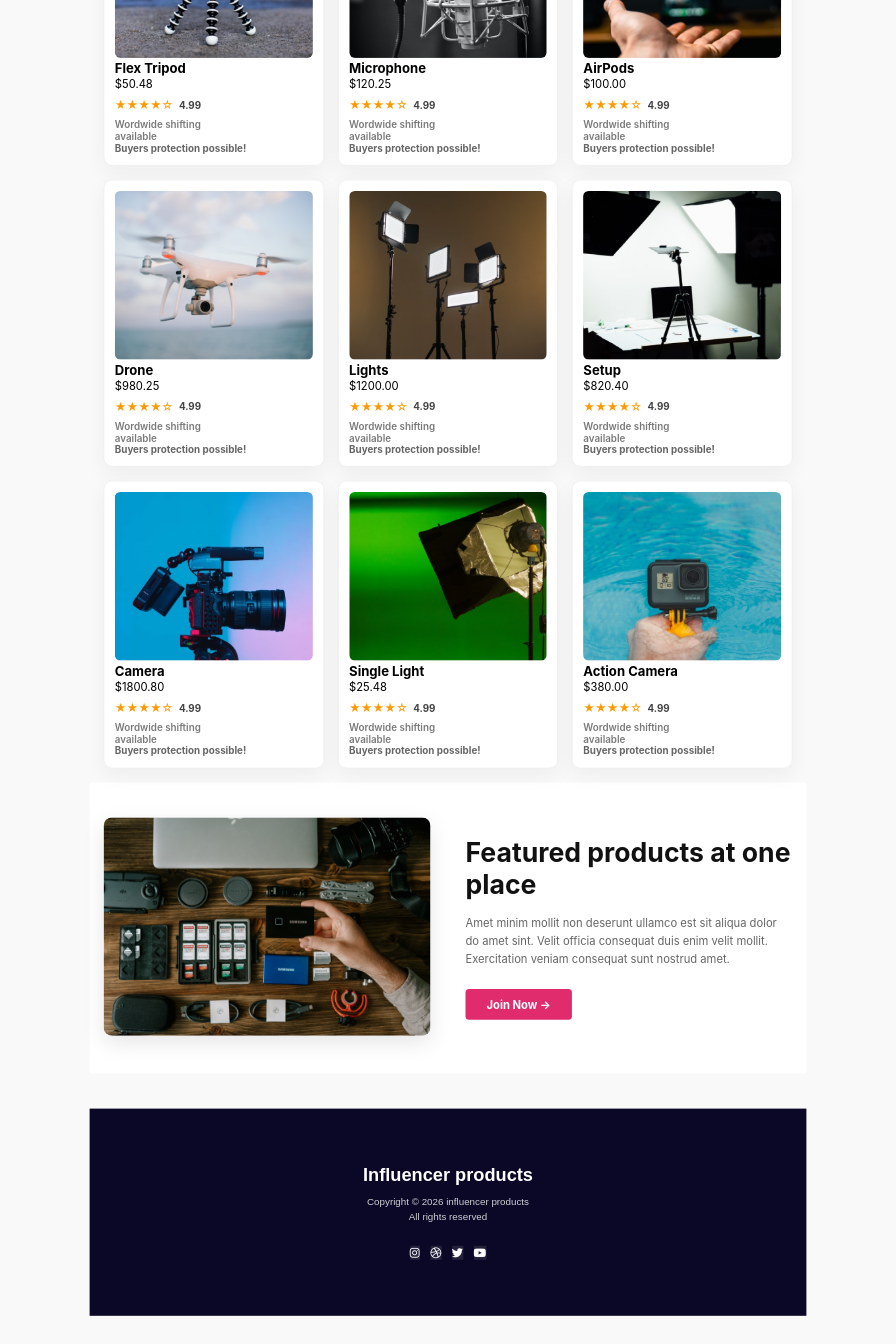
Repository: Saiful21Islam/Influencer-products
Page: it.html
An editor plug-in stored every save of this project. The page is shown before and after the next save, followed by the edit.
The browser window is 1280 px wide. The pictures show the part of the page from y = 1194 to 3114 px (the page is 3114 px tall before and 2851 px after), at 70% of full size.

Above is the page before, as saved 2026-03-11 12:16:02.

### it.html
<!DOCTYPE html>
<html lang="en">

<head>
    <meta charset="UTF-8">
    <meta name="viewport" content="width=device-width, initial-scale=1.0">
    <title>Influencer Products</title>
    <link rel="stylesheet" href="style.css">
    <link rel="stylesheet" href="https://cdnjs.cloudflare.com/ajax/libs/font-awesome/6.0.0/css/all.min.css">
</head>
<style>
    * {
        margin: 0;
        padding: 0;
        box-sizing: border-box;
        font-family: 'Inter', sans-serif;
    }

    body {
        background-color: #f9f9f9;
        padding: 40px 10%;
    }

    .product-grid {
        display: grid;
        grid-template-columns: repeat(3, 1fr);
        gap: 30px;
    }

    .product-card {
        background: #fff;
        padding: 15px;
        border-radius: 12px;
        text-align: left;
        box-shadow: 0 10px 30px rgba(0, 0, 0, 0.05);
        transition: 0.3s;
    }

    .product-card:hover {
        transform: translateY(-5px);
    }

    .thumbnail {
        width: 100%;
        height: auto;
        border-radius: 8px;
        overflow: hidden;
        margin-bottom: 15px;
    }

    .thumbnail img {
        width: 100%;
        height: 100%;
        object-fit: cover;
    }

    .card-content h3 {
        font-size: 22px;
        color: #3A3A3A;
        margin-bottom: 5px;
    }

    .price {
        font-size: 20px;
        font-weight: 500;
        margin-bottom: 10px;
    }

    .rating {
        display: flex;
        align-items: center;
        gap: 5px;
        margin-bottom: 10px;
    }

    .rating i {
        color: #FF9800;
        font-size: 14px;
    }

    .rating-number {
        color: #787885;
        font-size: 14px;
    }

    .desc {
        color: #787885;
        font-size: 14px;
        line-height: 1.5;
    }

    @media (max-width: 768px) {
        .product-grid {

            grid-template-columns: repeat(1, 1fr);
        }
    }
</style>

<body>

    <nav class="navbar">
        <a href="#" class="logo">Influencer products</a>
        <ul class="nav-links">
            <li><a href="#">Home</a></li>
            <li><a href="#">Products</a></li>
            <li><a href="#">Sign up</a></li>
            <li><a href="#">Log In</a></li>
            <div class="nav-icons">
                <i class="fa-solid fa-magnifying-glass"></i>
                <div class="cart-icon"><i class="fa-solid fa-cart-shopping"></i><span class="cart-dot"></span></div>
            </div>
        </ul>
    </nav>

    <header class="hero">
        <div class="hero-content">
            <h1>Start your Journey as Influencer</h1>
            <p>Lorem ipsum dolor sit amet, consectetur adipiscing elit. Sem vestibulum sed scelerisque eros. Lectus
                faucibus.</p>
            <a href="#" class="btn-pink">Preebook now <i class="fa-solid fa-arrow-right"></i></a>
        </div>
        <div class="hero-image-container">
            <img src="images/Circle design.svg" alt="Circle Background" class="circle-image">

            <img src="images/main-camera.png" alt="Fujifilm Camera" class="camera-image">
        </div>
        </div>
        </div>
    </header>

    <section class="brand-section">
        <div class="logos-container">
            <img src="logos/Alibaba.svg" alt="Brands">
            <img src="logos/amazon.svg" alt="Brands">
            <img src="logos/Daraz.pk Logo.svg" alt="Brands">
            <img src="logos/ebay.svg" alt="Brands">
            <img src="logos/Rakuten.svg" alt="Brands">
            <img src="logos/Target.svg" alt="Brands">
            <img src="logos/Walmart.svg" alt="Brands">
        </div>
    </section>

    <section class="collection-section">
        <h2 class="title">Popular Collection</h2>
        <div class="product-container">
            <div class="product-card">
                <img src="images/tripod.png" alt="Tripod">
                <h3>Flex Tripod</h3>
                <p>$50.48</p>
                <div class="stars">
                    ★★★★☆ <span class="rating-num">4.99</span>
                </div>

                <p class="details">Wordwide shifting</p>
                <p class="details">available</p>
                <p class="details">Buyers protection possible!</p>
            </div>

            <div class="product-card">
                <img src="images/mic.png" alt="Microphone">
                <h3>Microphone</h3>
                <p>$120.25</p>
                <div class="stars">
                    ★★★★☆ <span class="rating-num">4.99</span>
                </div>

                <p class="details">Wordwide shifting</p>
                <p class="details">available</p>
                <p class="details">Buyers protection possible!</p>
            </div>

            <div class="product-card">
                <img src="images/airpod.png" alt="airpod">
                <h3>AirPods</h3>
                <p>$100.00</p>
                <div class="stars">
                    ★★★★☆ <span class="rating-num">4.99</span>
                </div>

                <p class="details">Wordwide shifting</p>
                <p class="details">available</p>
                <p class="details">Buyers protection possible!</p>
            </div>

            <div class="product-card">
                <img src="images/drone.png" alt="drone">
                <h3>Drone</h3>
                <p>$980.25</p>
                <div class="stars">
                    ★★★★☆ <span class="rating-num">4.99</span>
                </div>

                <p class="details">Wordwide shifting</p>
                <p class="details">available</p>
                <p class="details">Buyers protection possible!</p>
            </div>

            <div class="product-card">
                <img src="images/lights.png" alt="Lights">
                <h3>Lights</h3>
                <p>$1200.00</p>
                <div class="stars">
                    ★★★★☆ <span class="rating-num">4.99</span>
                </div>

                <p class="details">Wordwide shifting</p>
                <p class="details">available</p>
                <p class="details">Buyers protection possible!</p>
            </div>

            <div class="product-card">
                <img src="images/setup.png" alt="Setup">
                <h3>Setup</h3>
                <p>$820.40</p>
                <div class="stars">
                    ★★★★☆ <span class="rating-num">4.99</span>
                </div>

                <p class="details">Wordwide shifting</p>
                <p class="details">available</p>
                <p class="details">Buyers protection possible!</p>
            </div>

            <div class="product-card">
                <img src="images/camera.png" alt="Camera">
                <h3>Camera</h3>
                <p>$1800.80</p>
                <div class="stars">
                    ★★★★☆ <span class="rating-num">4.99</span>
                </div>

                <p class="details">Wordwide shifting</p>
                <p class="details">available</p>
                <p class="details">Buyers protection possible!</p>
            </div>

            <div class="product-card">
                <img src="images/single-light.png" alt="Single Light">
                <h3>Single Light</h3>
                <p>$25.48</p>
                <div class="stars">
                    ★★★★☆ <span class="rating-num">4.99</span>
                </div>

                <p class="details">Wordwide shifting</p>
                <p class="details">available</p>
                <p class="details">Buyers protection possible!</p>
            </div>

            <div class="product-card">
                <img src="images/action.png" alt="Action Camera">
                <h3>Action Camera</h3>
                <p>$380.00</p>
                <div class="stars">
                    ★★★★☆ <span class="rating-num">4.99</span>
                </div>

                <p class="details">Wordwide shifting</p>
                <p class="details">available</p>
                <p class="details">Buyers protection possible!</p>
            </div>

        </div>
    </section>
    </section>
    <section class="featured-section">
        <div class="featured-container">
            <div class="featured-image">
                <img src="images/gear.png" alt="Featured Gear">
            </div>

            <div class="featured-content">
                <h2>Featured products at one place</h2>
                <p>Amet minim mollit non deserunt ullamco est sit aliqua dolor do amet sint. Velit officia consequat
                    duis enim velit mollit. Exercitation veniam consequat sunt nostrud amet.</p>
                <a href="#" class="join-btn">Join Now &rarr;</a>
            </div>
        </div>
    </section>

    <footer class="simple-footer">
    <div class="footer-inner">
        <h3>Influencer products</h3>
        <p>Copyright © 2026 influencer products <br> All rights reserved</p>

        <div class="footer-icons">
            <a href="#"><i class="fa-brands fa-instagram"></i></a>
            <a href="#"><i class="fa-brands fa-dribbble"></i></a>
            <a href="#"><i class="fa-brands fa-twitter"></i></a>
            <a href="#"><i class="fa-brands fa-youtube"></i></a>
        </div>
    </div>
</footer>

<style>
    /* ১. ফুটারের ব্যাকগ্রাউন্ড - যা স্ক্রিনের শেষ পর্যন্ত ছড়িয়ে থাকবে */
    .simple-footer {
        background-color: #0A0826 !important; /* ছবির হুবহু ডার্ক কালার */
        color: white !important;
        text-align: center !important;
        padding: 80px 0 !important; /* ওপরে নিচে ছবির মতো গ্যাপ */
        width: 100% !important;
        display: block !important;
        margin-top: 50px;
    }

    .footer-inner h3 {
        font-family: sans-serif;
        font-size: 26px;
        font-weight: bold;
        margin: 0 0 10px 0;
    }

    .footer-inner p {
        font-family: sans-serif;
        font-size: 14px;
        opacity: 0.8;
        line-height: 1.6;
        margin: 0 0 30px 0;
    }

    /* ২. সোশ্যাল আইকন - ছবির মতো হালকা গোল ঘর */
    .footer-icons {
        display: flex;
        justify-content: center;
        gap: 15px;
    }

    .footer-icons a {
        color: white !important;
        background: rgba(255, 255, 255, 0.1); /* ছবির মতো
</body>

</html>

### style.css
.hero {
    display: flex;
    align-items: center;
    justify-content: space-around;
    padding: 50px 10%;
    background-color: #fff;
    min-height: 80vh;
    flex-wrap: wrap;
}

.hero-content {
    flex: 1;
    min-width: 300px;
}

.hero-content h1 {
    font-size: 52px;
    line-height: 1.2;
    margin-bottom: 20px;
    color: #3A3A3A;
}

.hero-content p {
    font-size: 16px;
    color: #6C6C6C;
    margin-bottom: 30px;
    max-width: 450px;
}

.btn-pink {
    background-color: #E02C6D;
    color: white;
    padding: 12px 25px;
    text-decoration: none;
    border-radius: 50px;
    font-weight: bold;
    display: inline-block;
}

.hero-image-container {
    flex: 1;
    position: relative;
    display: flex;
    justify-content: center;
    align-items: center;
    min-width: 300px;
}

.camera-image {
    width: 100%;
    max-width: 450px;
    position: relative;
    z-index: 2;
}

.circle-image {
    position: absolute;
    width: 110%;
    z-index: 1;
}

@media (max-width: 768px) {
    .hero {
        flex-direction: column-reverse;
        text-align: center;
        padding: 30px 5%;
    }
    .hero-content {
        margin-top: 30px;
    }
    .hero-content h1 {
        font-size: 32px;
    }
    .hero-image-container {
        width: 100%;
    }
    .camera-image {
        max-width: 300px;
    }
}
{
    margin: 0;
    padding: 0;
    box-sizing: border-box;
    font-family: 'Inter', sans-serif;
}

/* Navbar */
.navbar {
    display: flex;
    justify-content: space-between;
    padding: 20px 10%;
    align-items: center;
}
.logo { font-size: 24px; font-weight: bold; color: #3A3A3A; text-decoration: none; }
.nav-links { display: flex; list-style: none; align-items: center; }
.nav-links li { margin-left: 25px; }
.nav-links a { text-decoration: none; color: #3A3A3A; font-weight: 500; }
.nav-icons { display: flex; margin-left: 20px; gap: 20px; font-size: 18px; }

/* Hero */
.hero {
    display: flex;
    padding: 50px 10%;
    align-items: center;
}
.hero-content h1 { font-size: 52px; color: #3A3A3A; margin-bottom: 15px; }
.btn-pink {
    background: #E02C6D;
    color: white;
    padding: 10px 25px;
    border-radius: 50px;
    text-decoration: none;
    display: inline-block;
    margin-top: 20px;
}
.hero-image img { width: 400px; }

/* Brands */
.brand-section {
    padding: 40px 10%;
    border-top: 1px solid #eee;
    border-bottom: 1px solid #eee;
    margin: 50px 0;
}

.logos-container {
    display: flex;
    justify-content: space-between;
    align-items: center;
    flex-wrap: wrap;
}

.logos-container img {
    height: 35px;
    width: auto;
}

.hero-image-container {
    position: relative;
    width: 500px;
    height: 500px;
    display: flex;
    justify-content: center;
    align-items: center;
}

.circle-image {
    position: absolute;
    width: 450px;
    height: auto;
    z-index: 1;
    opacity: 0.8;
}
.camera-image {
    position: relative;
    width: 100%;
    max-width: 480px;
    z-index: 2;
    filter: drop-shadow(0 20px 30px rgba(0,0,0,0.1));
}

.product-container {
  display: flex;
  flex-wrap: wrap;
  gap: 20px;
  justify-content: center;
  padding: 20px;
}

.product-card {
  flex: 1 1 310px;
  max-width: 350px;
  background: #fff;
  border: 1px solid #eee;
  border-radius: 12px;
  padding: 15px;
  box-shadow: 0 5px 15px rgba(0,0,0,0.05);
  transition: transform 0.3s ease;
}

.product-card:hover {
  transform: translateY(-5px);
}

.product-card img {
  width: 100%;
  height: auto;
  border-radius: 8px;
}

@media (max-width: 768px) {
  .product-container {
    gap: 15px;
    padding: 10px;
  }
}

@media (max-width: 480px) {
  .product-card {
    flex: 1 1 100%;
    max-width: 100%;
    margin: 0 auto;
  }
}

.stars {
    display: flex;
    align-items: center;
    color: #FF9900;
    font-size: 16px;
    margin: 10px 0;
}

.star-half {
    position: relative;
    display: inline-block;
    color: #ccc;
}

.star-half::after {
    content: '★';
    position: absolute;
    left: 0;
    top: 0;
    width: 50%;
    overflow: hidden;
    color: #FF9900;
}

.rating-num {
    color: #444;
    font-size: 14px;
    font-weight: bold;
    margin-left: 8px;
}

.details {
    font-size: 14px;
    color: #7a7a7a;
    margin: 0;
    line-height: 1.2;
    font-weight: 600;
}

.details:last-child {
    font-weight: 700;
    color: #666;
}

.title {
    text-align: center;
    font-size: 28px;
    font-weight: 700;
    color: #333;
    margin-bottom: 40px;
}

.featured-section {
    padding: 50px 20px;
    background-color: #fff;
}

.featured-container {
    max-width: 1100px;
    margin: 0 auto;
    display: flex;
    align-items: center;
    gap: 50px;

.featured-image {
    flex: 1;
}

.featured-image img {
    width: 100%;
    border-radius: 12px;
    box-shadow: 0 10px 30px rgba(0,0,0,0.1);
}

.featured-content {
    flex: 1;
}

.featured-content h2 {
    font-size: 38px;
    color: #111;
    margin-bottom: 20px;
}

.featured-content p {
    font-size: 16px;
    color: #666;
    line-height: 1.6;
    margin-bottom: 30px;
}

.join-btn {
    display: inline-block;
    background-color: #E02C6D;
    color: white;
    padding: 12px 30px;
    text-decoration: none;
    font-weight: bold;
    border-radius: 5px;
    transition: 0.3s;
}

.join-btn:hover {
    background-color: #c2255c;
}

@media (max-width: 768px) {
    .featured-container {
        flex-direction: column;
        text-align: center;
        gap: 30px;
    }
    .featured-content h2 {
        font-size: 28px;
    }
}

After the next save:
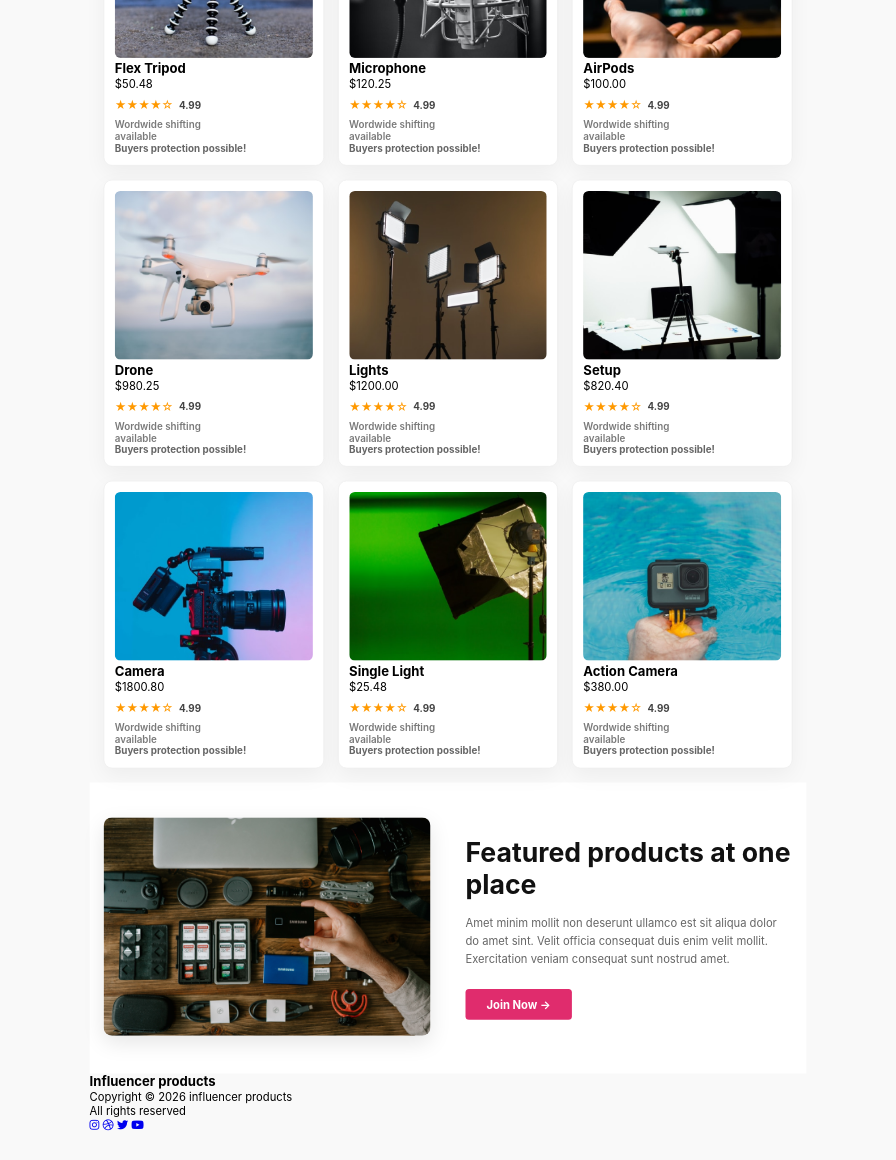
Saved 7 s later.
--- a/it.html
+++ b/it.html
@@ -293,11 +293,7 @@
     </div>
 </footer>
 
-<style>
-    /* ১. ফুটারের ব্যাকগ্রাউন্ড - যা স্ক্রিনের শেষ পর্যন্ত ছড়িয়ে থাকবে */
-    .simple-footer {
-        background-color: #0A0826 !important; /* ছবির হুবহু ডার্ক কালার */
-        color: white !important;
+<st !important;
         text-align: center !important;
         padding: 80px 0 !important; /* ওপরে নিচে ছবির মতো গ্যাপ */
         width: 100% !important;
